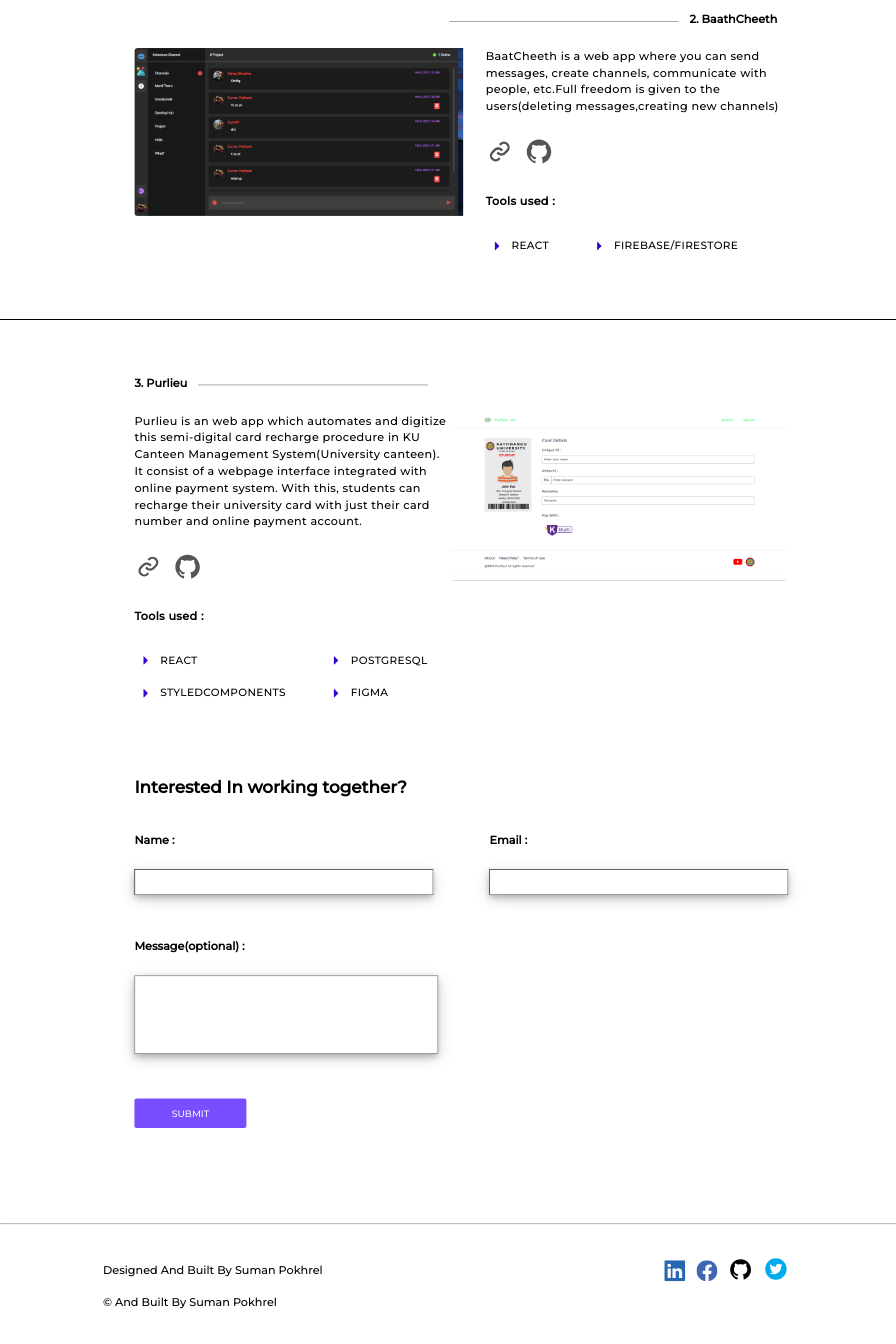
Repository: iamsumanp/portfolio
Page: /
An editor plug-in stored every save of this project. The page is shown before and after the next save, followed by the edit.
The browser window is 1280 px wide. The pictures show the part of the page from y = 2449 to 4369 px (the page is 4369 px tall), at 70% of full size.
The project was rebuilt for these pictures with package versions that can differ from the ones it lists, and the page was loaded fresh each time.

Above is the page before, as saved 2022-07-11 15:25:11.

### public/index.html
<!DOCTYPE html>
<html lang="en">
  <head>
    <meta charset="utf-8" />
    <link rel="icon" href="%PUBLIC_URL%/favicon.ico" />
    <meta name="viewport" content="width=device-width, minimum-scale=1" />
    <meta name="theme-color" content="#000000" />
    <meta name="portfolio" content="mePortfolio" />
    <!-- <link rel="apple-touch-ion" href="%PUBLIC_URL%/logo192.png" /> -->

    <link rel="manifest" href="%PUBLIC_URL%/manifest.json" />
    <link rel="preconnect" href="https://fonts.googleapis.com" />
    <link rel="preconnect" href="https://fonts.gstatic.com" crossorigin />
    <link
      href="https://fonts.googleapis.com/css2?family=Montserrat:wght@500&display=swap"
      rel="stylesheet"
    />
    <title>Suman Pokharel</title>
  </head>
  <body>
    <div id="root"></div>
  </body>
</html>

### src/App.tsx
import "./App.css";
import { BrowserRouter as Router } from "react-router-dom";
import { NavBar } from "./Components/NavBar";
import "./styles/styles.css";
import { Hero } from "./Components/Hero";
import { AboutMe } from "./Components/AboutMe";
import { Projects } from "./Components/Projects";
import { Contact } from "./Components/Contact";
import { Footer } from "./Components/Footer";

function App() {
  return (
    <Router>
      <NavBar />
      <Hero />
      <AboutMe />
      <Projects />
      <Contact />
      <hr />
      <Footer />
    </Router>
  );
}

export default App;

### src/Components/NavBar.tsx
import { gsap } from "gsap";
import React, { useEffect, useRef, useState } from "react";
import { HashLink } from "react-router-hash-link";
const myLogo = require("../assets/logo.png");

export const NavBar = () => {
  const [active, setActive] = useState(false);

  const navRef = useRef<HTMLDivElement>(null);

  const q = gsap.utils.selector(navRef);

  const tl0: gsap.TimelineVars | undefined = useRef(null); // gsap.TimelineVars | undefined
  // const tl10: gsap.TimelineVars | undefined = useRef(null); // gsap.TimelineVars | undefined

  // const imgRef = useRef(null);

  const burgerClick = () => {
    setActive(!active);
  };

  useEffect(() => {
    // if (active === false) {
    //   tl10.current = gsap.timeline({ defaults: { duration: 1 } }).fromTo(
    //     q(".navUl"),
    //     {
    //       y: 5,
    //       opacity: 0,
    //     },
    //     {
    //       y: 0,
    //       opacity: 1,
    //       stagger: {
    //         each: 1,
    //       },
    //     }
    //   );
    // }

    tl0.current = gsap.timeline({ defaults: { duration: 1 } }).fromTo(
      q(".logoImg"),
      {
        opacity: 0,
      },
      {
        opacity: 1,
      }
    );
  });

  return (
    <nav className="navBar" ref={navRef}>
      <HashLink to="#heroSection" className="linkHash" smooth>
        <img
          src={myLogo}
          alt="SP"
          className="logoImg"
          onClick={active ? burgerClick : undefined}
          // ref={imgRef}
        />
      </HashLink>

      <ul className={active ? "navUl nav-active" : "navUl"}>
        <li className="navLinks" onClick={active ? burgerClick : undefined}>
          <HashLink to="#aboutMe" className="linkHash" smooth>
            About me
          </HashLink>
        </li>
        <li className="navLinks" onClick={active ? burgerClick : undefined}>
          <HashLink to="#projectSection" className="linkHash" smooth>
            Projects
          </HashLink>
        </li>
        <li className="navLinks" onClick={active ? burgerClick : undefined}>
          <HashLink to="#contact" className="linkHash" smooth>
            Contact
          </HashLink>
        </li>
        <li className="navLinks resume">Resume</li>
      </ul>
      <div className="burgerMenu" onClick={() => burgerClick()}>
        <div className={active ? "line1 toggle" : "line1"}></div>
        <div className={active ? "line2 toggle2" : "line2"}></div>
        <div className={active ? "line3 toggle3" : "line3"}></div>
      </div>
    </nav>
  );
};

### src/Components/Hero.tsx
import gsap from "gsap";
import { useEffect, useRef } from "react";
import SvgImg from "./IconComponent/SvgImg";

export const Hero = () => {
  const heroRef = useRef<HTMLDivElement>(null);
  const tl1: gsap.TimelineVars | undefined = useRef();
  const q = gsap.utils.selector(heroRef);
  useEffect(() => {
    tl1.current = gsap
      .timeline({
        defaults: {
          duration: 1,
        },
      })
      .fromTo(
        q(".content"),
        {
          y: 20,
          opacity: 0,
          // stagger: 0.4,
        },
        {
          y: 0,
          opacity: 1,
        }
      )
      .fromTo(
        q(".svgImgg"),
        { x: 20, opacity: 0 },
        { x: 0, opacity: 1 },
        "-=1"
      );
  });
  return (
    <div className="heroSection" id="heroSection" ref={heroRef}>
      <div className="content">
        <h4 className="h4text">Hi, My name is</h4>
        <h1 className="h1text">Suman Pokharel.</h1>
        <h2 className="h2text">I design and code web applications.</h2>
        <h5 className="h5text">
          I am a full stack web developer focused on bringing beautiful ideas
          into web apps and building experiences.
        </h5>
      </div>
      {/* <div className="svgImgg"> */}
      <SvgImg height={221} className="svgImgg" />
      {/* </div> */}
    </div>
  );
};

### src/Components/AboutMe.tsx
import gsap from "gsap";
// import {} from "gsap/EasePack"
import { useEffect, useRef } from "react";
import { VscTriangleRight } from "react-icons/vsc";
import { ScrollTrigger } from "gsap/ScrollTrigger";
gsap.registerPlugin(ScrollTrigger);
const mePhoto = require("../assets/mePhoto.jpg");

export const AboutMe = () => {
  const aboutMeRef = useRef<HTMLDivElement>(null);
  const tl: gsap.TimelineVars | undefined = useRef();
  // gsap.registerPlugin(ScrollTrigger);

  const q = gsap.utils.selector(aboutMeRef);
  useEffect(() => {
    tl.current = gsap
      .timeline({
        defaults: { duration: 0.7 },
        scrollTrigger: {
          trigger: ".aboutMeSection",
          start: "-200 center",
          // markers: true,
          // toggleActions: "play none none reverse",
        },
      })
      .fromTo(
        q(".h2textabout"),
        {
          y: 10,
          opacity: 0,
          // stagger: 0.4,
        },
        {
          y: 0,
          opacity: 1,
          ease: "Power3.easeOut",
        }
      )
      .fromTo(
        q(".spanText"),
        {
          y: 10,
          opacity: 0,
          // stagger: 0.4,
        },
        {
          y: 0,
          opacity: 1,
          ease: "Power3.easeOut",
        },
        "-=0.4"
      )
      .fromTo(
        q(".imgContainer"),
        {
          x: 10,
          opacity: 0,
          stagger: 0.4,
        },
        {
          x: 0,
          // duration: 0.5,
          opacity: 1,
          ease: "Power3.easeOut",
        },
        "-=0.7"
      )
      .fromTo(
        q(".backEndFrontEndContainer"),
        {
          y: 10,
          opacity: 0,
          // stagger: 0.4,
        },
        {
          y: 0,
          opacity: 1,
          ease: "Power3.easeOut",
        },
        "-=0.8"
      );
  });

  return (
    <div className="aboutMeSection" id="aboutMe" ref={aboutMeRef}>
      <h2 className="h2textabout">About Me</h2>
      <div className="contentAndImage">
        <div className="aboutMeContent">
          <span className="spanText">
            Hello, My name is Suman Pokharel. I like to code things from
            scratch, and enjoy bringing ideas to life in the browser. I am a
            compuer science student currently enrolled in Kathmandu University .
            My interest in Web Development started back in 2016 when I created
            tables and words in HTML for the first time in browser. From there,
            i have always tried to polish my web development skills.
          </span>
        </div>
        <div className="imgContainer">
          <img src={mePhoto} alt="profilePic" className="imgProfile" />
        </div>
      </div>
      <span className="spanText tech">
        Here are the technologies i am working with recently :
      </span>
      <div className="backEndFrontEndContainer">
        <div className="frontEndBox">
          <div className="spanTitle">Frontend</div>

          <div className="frontEndTools">
            <div className="fnTools1">
              <div className="fnTool">
                <VscTriangleRight className="triangleRight" />
                <span className="techName">React</span>
              </div>
              <div className="fnTool">
                <VscTriangleRight className="triangleRight" />
                <span className="techName">JavaScript</span>
              </div>
              <div className="fnTool">
                <VscTriangleRight className="triangleRight" />
                <span className="techName">HTML</span>
              </div>
              <div className="fnTool">
                <VscTriangleRight className="triangleRight" />
                <span className="techName">Git</span>
              </div>
              <div className="fnTool">
                <VscTriangleRight className="triangleRight" />
                <span className="techName">PHP</span>
              </div>
            </div>
            <div className="fnTools2">
              <div className="fnTool">
                <VscTriangleRight className="triangleRight" />
                <span className="techName">FIGMA</span>
              </div>
              <div className="fnTool">
                <VscTriangleRight className="triangleRight" />
                <span className="techName">TypeScript</span>
              </div>
              <div className="fnTool">
                <VscTriangleRight className="triangleRight" />
                <span className="techName">CSS</span>
              </div>
              <div className="fnTool">
                <VscTriangleRight className="triangleRight" />
                <span className="techName">BootStrap</span>
              </div>
            </div>
          </div>
        </div>
        <div className="frontEndBox">
          <div className="spanTitle">Backend</div>

          <div className="frontEndTools">
            <div className="fnTools1">
              <div className="fnTool">
                <VscTriangleRight className="triangleRight" />
                <span className="techName">NODEJS</span>
              </div>
              <div className="fnTool">
                <VscTriangleRight className="triangleRight" />
                <span className="techName">ExpressJS</span>
              </div>
              <div className="fnTool">
                <VscTriangleRight className="triangleRight" />
                <span className="techName">MongoDB</span>
              </div>
            </div>
            <div className="fnTools2">
              <div className="fnTool">
                <VscTriangleRight className="triangleRight" />
                <span className="techName">FireBase</span>
              </div>
              <div className="fnTool">
                <VscTriangleRight className="triangleRight" />
                <span className="techName">mySql</span>
              </div>
            </div>
          </div>
        </div>
      </div>
    </div>
  );
};

### src/Components/Contact.tsx
import gsap from "gsap";
import { ScrollTrigger } from "gsap/ScrollTrigger";
import { useEffect, useRef, useState } from "react";
gsap.registerPlugin(ScrollTrigger);

export const Contact = () => {
  const contactRef = useRef<HTMLDivElement>(null);
  const tline: gsap.TimelineVars | undefined = useRef();

  const q = gsap.utils.selector(contactRef);
  const [name, setName] = useState("");
  const [email, setEmail] = useState("");
  const [message, setMessage] = useState("");

  const submitHandler: React.FormEventHandler<HTMLFormElement> = (
    e: React.FormEvent<HTMLFormElement>
  ) => {
    e.preventDefault();

    setName("");
    setEmail("");
    setMessage("");
  };

  useEffect(() => {
    tline.current = gsap
      .timeline({
        defaults: { duration: 1 },
        scrollTrigger: {
          trigger: ".ContactSection",
          start: "-40 center",
          // toggleActions: "play none none reverse",
        },
      })
      .fromTo(
        q(".h2textabout"),
        { y: 10, opacity: 0 },
        {
          y: 0,
          opacity: 1,
          // duration: 2,
        }
      )
      .fromTo(
        q(".formContainer"),
        { y: 20, opacity: 0 },
        {
          y: 0,
          opacity: 1,
          // duration: 2,
        },
        "-=1"
      );
  });
  return (
    <div className="ContactSection" id="contact" ref={contactRef}>
      <h2 className="h2textabout">Interested In working together?</h2>
      <form className="formContainer" onSubmit={submitHandler}>
        <div className="nameAndEmailSection">
          <div className="nameContainer">
            <label htmlFor="Name" className="label">
              Name :
            </label>
            <input
              type="text"
              value={name}
              className="inputForm"
              onChange={(e) => setName(e.target.value)}
            />
          </div>
          <div className="emailContainer">
            <label htmlFor="Email" className="label">
              Email :
            </label>
            <input
              type="email"
              value={email}
              className="inputForm"
              onChange={(e) => setEmail(e.target.value)}
            />
          </div>
        </div>
        <div className="MessageContainer">
          <label htmlFor="Message" className="label">
            Message(optional) :
          </label>
          <textarea
            name="message"
            id="messageArea"
            // cols=30
            // rows=10
            value={message}
            onChange={(e) => setMessage(e.target.value)}
          ></textarea>
        </div>
        <button className="submitBtn" type="submit">
          SUBMIT
        </button>
      </form>
    </div>
  );
};

### src/Components/Footer.tsx
import React from "react";
import { AiFillGithub, AiFillTwitterCircle } from "react-icons/ai";
import { BsLinkedin, BsFacebook } from "react-icons/bs";

export const Footer = () => {
  return (
    <div className="footerSection">
      <div className="footerContainer">
        <div className="socialMediaAndQuote">
          <span>Designed And Built By Suman Pokhrel</span>
          <div className="socialMedia">
            <a
              href="https://www.linkedin.com/in/suman-pokharel-2a4b61206/"
              target="_blank"
              rel="noreferrer"
            >
              <BsLinkedin size={30} className="icons" fill="#2867B2" />
            </a>

            <a
              href="https://www.facebook.com/summan.pokharel/"
              target="_blank"
              rel="noreferrer"
            >
              <BsFacebook size={30} className="icons" fill="	#4267B2" />
            </a>
            <a
              href="https://github.com/iamsumanp"
              target="_blank"
              rel="noreferrer"
              style={{ color: "black" }}
            >
              <AiFillGithub size={34} className="icons" />
            </a>
            <a
              href="https://twitter.com/Itsmesuman2"
              target="_blank"
              rel="noreferrer"
            >
              <AiFillTwitterCircle size={35} className="icons" fill="#00acee" />
            </a>
          </div>
        </div>
        <span className="spSpan">&copy; And Built By Suman Pokhrel</span>
      </div>
    </div>
  );
};

Loaded but not shown: src/index.tsx (common file); src/Components/IconComponent/SvgImg.tsx (791 lines, source omitted); src/styles/styles.css (605 lines, source omitted); src/Components/Projects.tsx (280 lines, source omitted); src/App.css (no stored copy; drawn as an empty file)

After the next save:
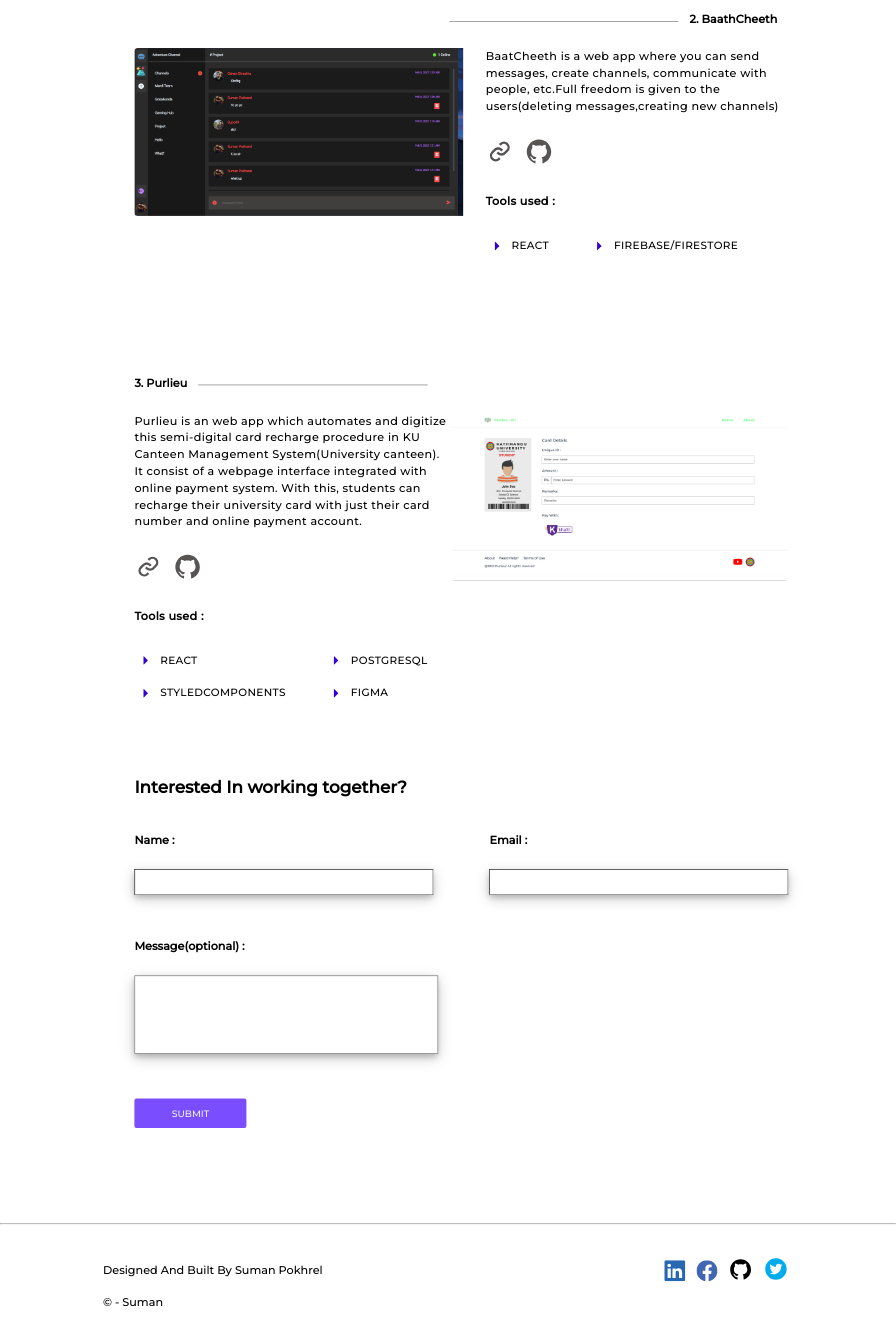
Saved 33 s later.
--- a/src/Components/Footer.tsx
+++ b/src/Components/Footer.tsx
@@ -41,7 +41,7 @@ export const Footer = () => {
             </a>
           </div>
         </div>
-        <span className="spSpan">&copy; And Built By Suman Pokhrel</span>
+        <span className="spSpan">&copy; - Suman</span>
       </div>
     </div>
   );
